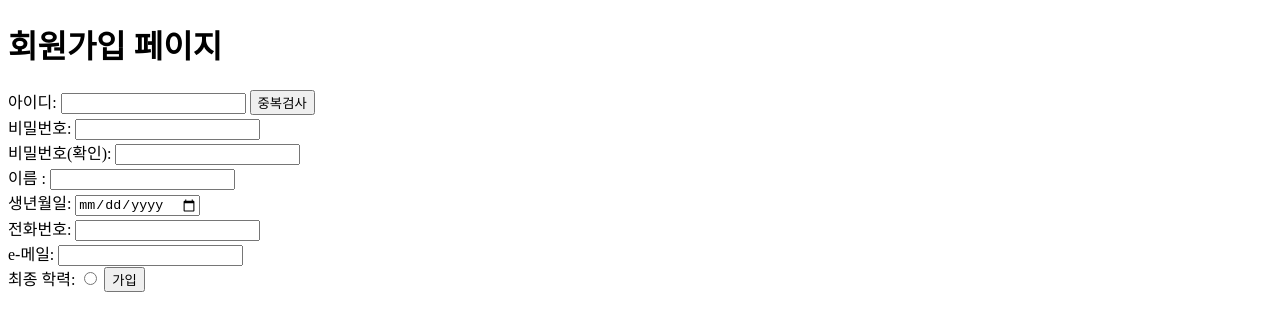
Repository: rmh6363/javastudy
Page: HelloWorld/WebContent/d.html
The author's editor kept a copy of each file at every save. The page is drawn from the files as they stood at one save, then again after the next save.
The browser window is 1280 px wide. The pictures show the whole page.

Above is the page before, as saved 2020-12-04 07:26:10.

After the next save:
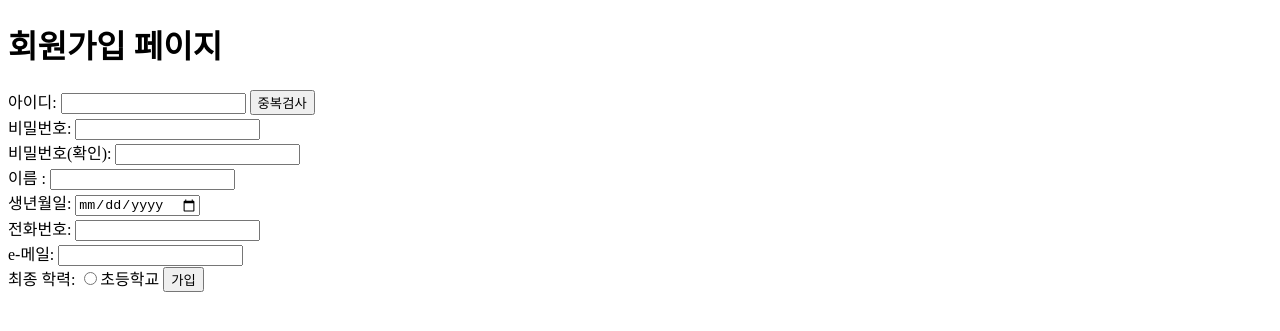
Saved 56 s later.
--- a/HelloWorld/WebContent/d.html
+++ b/HelloWorld/WebContent/d.html
@@ -30,8 +30,10 @@
 <input id="email" type="email" name= "email">
 <br>
 <label>최종 학력:</label>
-<input type="radio" name="school">
+<input type="radio" name="school">초등학교
 <input type="submit" value="가입">
+
+<br>
 
 </form>
 </body>
